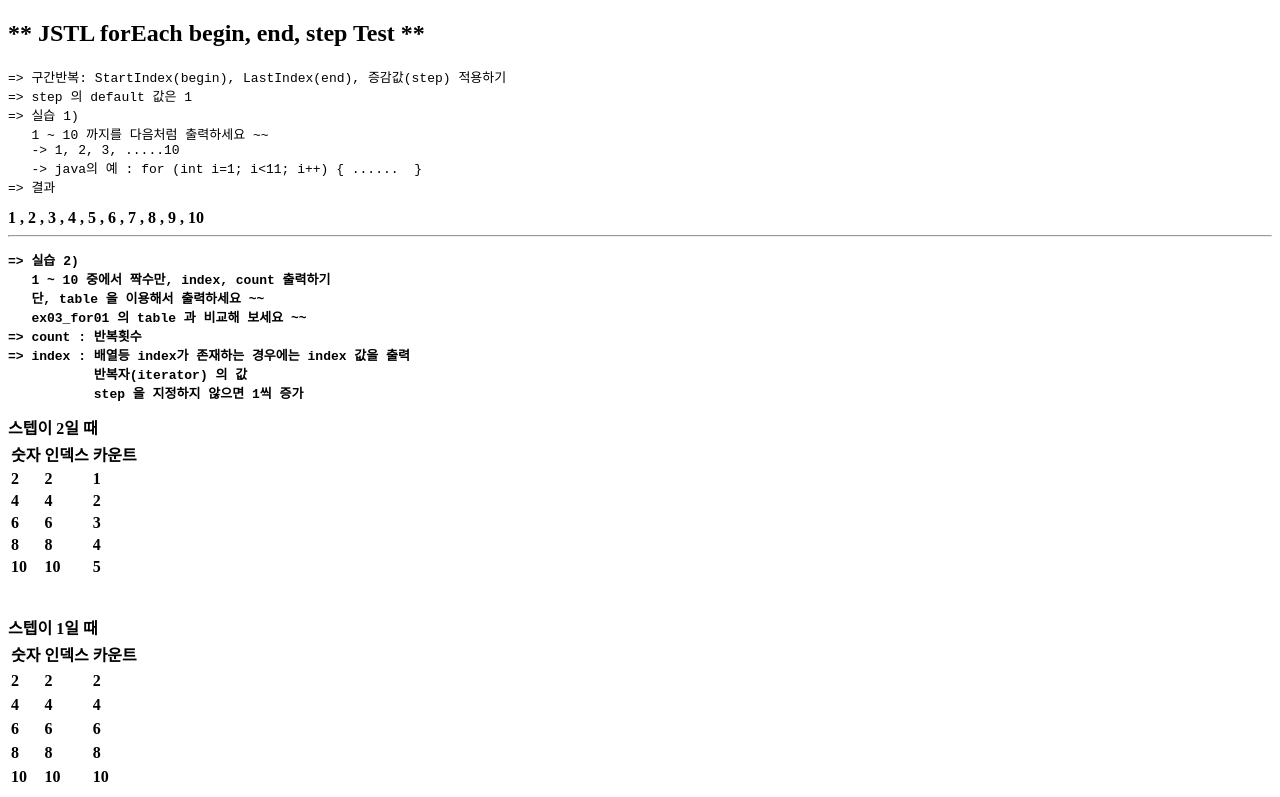
Repository: JYH94/JAVA
Page: http://localhost/web01/jsp03_jstl/ex03_for02.jsp
These files come from the project's save history. The page is drawn as it stood at one moment and after the next save; the edit follows.
The browser window is 1280 px wide. The pictures show the whole page.
The page is served by Tomcat 9.

Above is the page before, as saved 2024-01-16 09:00:22.

After the next save:
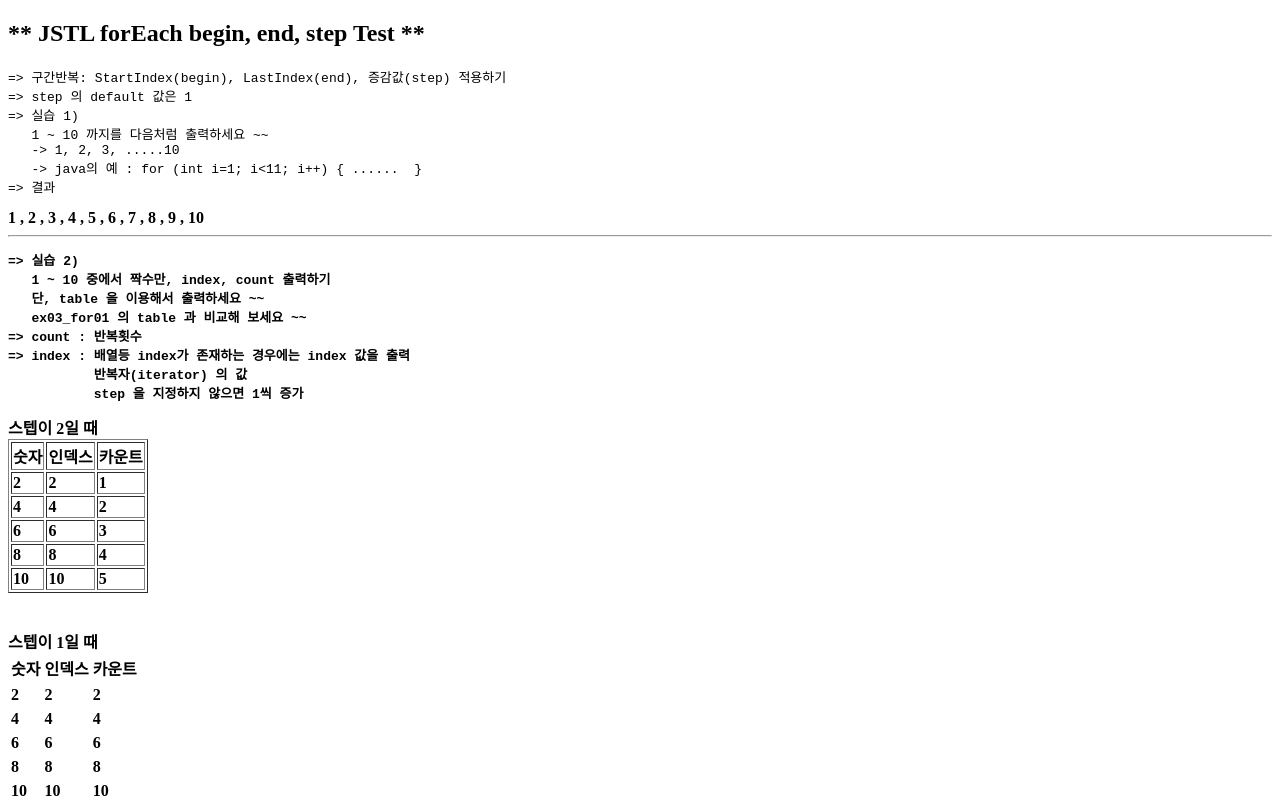
Saved 8 s later.
--- a/web01/src/main/webapp/jsp03_jstl/ex03_for02.jsp
+++ b/web01/src/main/webapp/jsp03_jstl/ex03_for02.jsp
@@ -37,7 +37,7 @@
 </pre>
 
 스텝이 2일 때
-<table style=border:1;>
+<table border=1;>
 <tr>
 	<th>숫자</th>
 	<th>인덱스</th>
